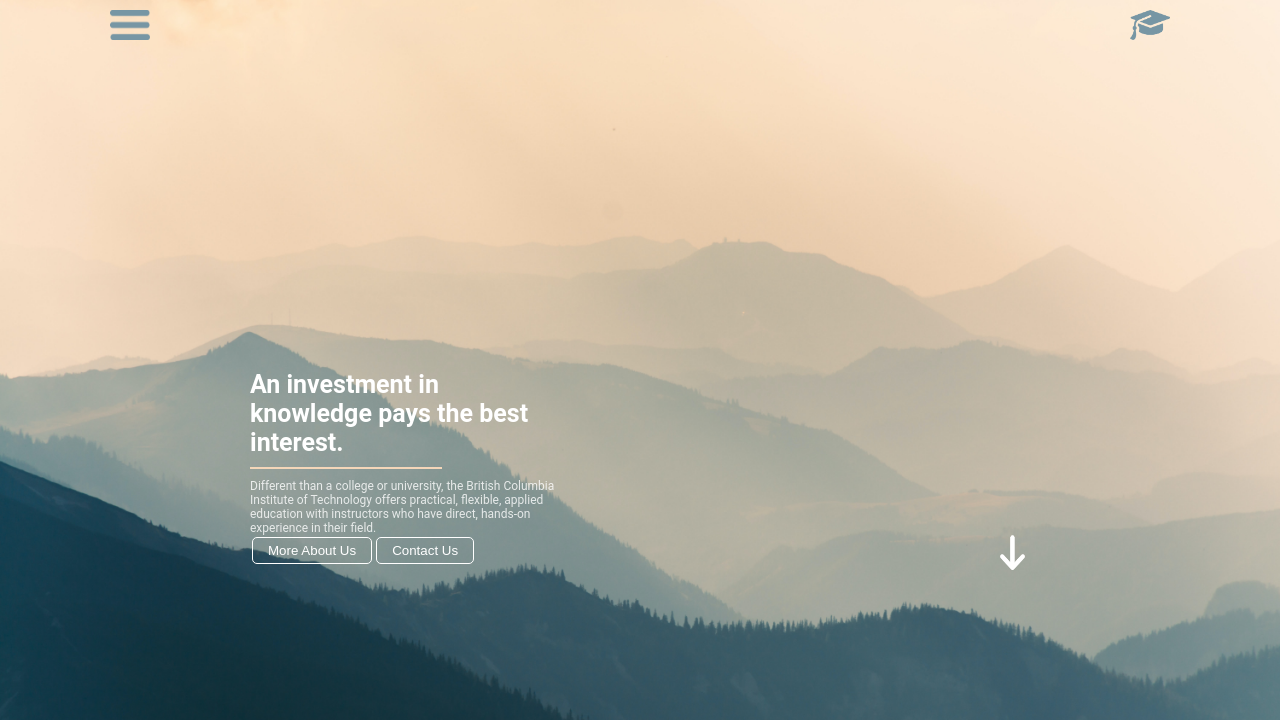
Repository: Sheraliramzan/Aly_A01253508_Assignment1
Page: /
These files come from the project's save history. The page is drawn as it stood at one moment and after the next save; the edit follows.
The browser window is 1280 px wide. The pictures show the whole page.
The project was rebuilt for these pictures with package versions that can differ from the ones it lists, and the page was loaded fresh each time. The framework's server and built-in components were replaced by stand-ins that run in the browser. Also part of the build but not shown: next.config.js.

Above is the page before, as saved 2023-02-05 14:52:16.

### pages/index.js
import Head from 'next/head'
import Image from 'next/image'
import styles from '../styles/Home.module.css'
import { useState } from 'react'
import { useRouter } from 'next/router'
import Link from 'next/link'
import dynamic from "next/dynamic";
import Nav from '../comp/nav/nav';


const Home = () => {

  return (
    <>
      <Head>
        <title>Home</title>
        <meta name="author" content="MDIA 2109" />
        <meta property="og:title" content= "Assignment #1 - Home Page"/>
        <meta property="og:description" content= "BCIT Digital Design and Development Diploma"/>
        <meta name="viewport" content="width=device-width, initial-scale=1" />
        <link rel="icon" href="/favicon.png" />
      </Head>
      <main className={styles.main}>
        <div className='fullcont'>
          <Nav/>
          <div className="headcont">
            <h1 className="headhome">An investment in <br/>knowledge pays the best <br/> interest.</h1>
            <div className="horidiv"></div>
            <p className="para1">Different than a college or university, the British Columbia <br/> Institute of Technology offers practical, flexible, applied education with instructors who have direct, hands-on experience in their field.</p>
          </div>
          <a className='butcont'>
            <Link href="/about"><button  className='but1'>More About Us</button></Link>
            <Link href="/contact"><button className='but1'>Contact Us</button></Link>
          </a>
          <a  href="/about">
            <span>
             <Image alt='down' className='downarrow' src ={"/downwardArrow.png"} width={25} height={35}></Image>
            </span>
          </a>
        </div>
      </main>
    </>
  )
}

export default dynamic (() => Promise.resolve(Home), {ssr: false})

### styles/globals.css


* {
  box-sizing: border-box;
  padding: 0;
  margin: 0;
}

html,
body {
  margin: 0;
  padding: 0;
  font-family: "Roboto", sans-serif;
  scrollbar-width: none;

}
.menuimg{
  margin-left: 100px;
}
.gardimg{
  margin-right: 100px;
}
.navcont {
  display: flex;
  align-items: center;
  justify-content: space-between;
  padding: 10px;
}
.menucont{
  position: absolute;
  top: 0rem;
  left: 4rem;
}
a{
  color: var(--primary-color);
  text-decoration: none;
}

ul {
  display: flex;
  flex-direction: column;
  position: absolute;
  top: 10px;
  left: 50px;
  gap: 2rem;
  text-decoration: none;
}

ul > li {
  list-style-type: none;
  text-decoration: none;
  color: var(--primary-color);
}
.listcont{
  position: absolute;
  display: flex;
  align-items: flex-start;
  left: 3rem;
  top: 3rem;
}

.btncont {
  display: flex;
}

.close {
  background-color: transparent;
  border: none;
  font-size: larger;
  color: var(--primary-color);
}

.fullcont{
  width: 100vw;
  height: 100vh;
  background-image: url("/background-images/backgroundMountain.jpg");
  background-size: cover;
}
.but1{
  margin: 2px;
  padding: 5px 15px;
  background: none;
  border: 1px solid var(--primary-color);
  border-radius: 5px;
  color:var(--primary-color) ;
}
.butcont{
 margin-left: 250px;
}

.but1:hover{
  background-color: var( --primary-color);
  color: var(--quinary-color);
}
.downarrow{
  position: fixed;
  left:1000px;
}
.uparrow{
  position: fixed;

}
.headcont{
  display: flex;
  flex-direction: column;
  width: 25%;
  margin-top: 320px;
  margin-left: 250px;
}
.headhome{
  color: var(--primary-color);
  font-size: 25px;
  margin-bottom: 10px;
}
.horidiv{
  width: 60%;
  border: 1px solid var(--secondary-color);
  margin-bottom: 10px;
}
.para1{
  color: var(--primary-color);
  font-size:12px;
  width: 100%;
  opacity: 0.8;
}
.aboutcont{
  width: 100%;
  background-color: var( --quaternary-color);
  justify-content: center;
  overflow: hidden;
  height: 1410px;
  overflow: hidden;
  scroll-behavior: smooth;
}
.hori{
  border-left: 300px solid var(--secondary-color);
  width: 100px;
  height: 1px;
  margin-right: 100px;
}
.hori1{
  border-left: 300px solid var(--secondary-color);
  width: 100px;
  height: 1px;
  margin-left: 100px;
}
.headcont1{
  text-align: center;
  margin-top: 40px;
  display: flex;
  justify-content: center;
  align-items: center;
}
.header{
  color: var(--primary-color);
}
.paracont{
  display: flex;
  flex-direction: column;
  color: var(--ternary-color);
  justify-content: center;
  align-items: center;
  margin-top: 100px;

}
.para2{
  margin-top: 20px;
  margin-bottom: 20px;
}
.header2{
  display: flex;
  flex-direction: column;
  align-items: center;
  margin-right: 390px;
  margin-top: 20px;
  margin-bottom: 20px;
  color: var(--primary-color);
}
.header3{
  display: flex;
  flex-direction: column;
  align-items: center;
  margin-right: 560px;
  margin-top: 20px;
  margin-bottom: 20px;
  color: var(--primary-color);
}
.header4{
  display: flex;
  flex-direction: column;
  align-items: center;
  margin-right: 480px;
  margin-top: 20px;
  margin-bottom: 20px;
  color: var(--primary-color);
}
.para3{
  color: var(--ternary-color);
  display: flex;
  align-items: center;
  justify-content: center;
  margin-bottom: 20px;
  margin-left: 40px;
}
.para4{
  color: var(--ternary-color);
  display: flex;
  align-items: center;
  justify-content: center;
  margin-bottom: 20px;
  margin-left: 60px;
}
#carouselImage{
  height: 200px;
  background-repeat: no-repeat;
  background-size: cover;
  display: flex;
  justify-content: center;
  align-items: center;
  margin: 40px 0px;
}
#testOnImageHere{
  background-color: rgba(16, 46, 53, 0.5);
  padding: 10px;
  margin: 0px 50px;
}
.full {
  display: flex;
  flex-direction: column;
  justify-content: center;
}
.btncont {
  display: flex;
  align-items: center;
  justify-content: center;
  width: 100%;
  position: absolute;
}
.flexbox {
  display: flex;
}
.imgcontain {
  display: flex;
  color: var(--primary-color);
  background-repeat: no-repeat;
}
.imagecar {
  display: flex;
  align-items: center;
  justify-content: center;
  width: 100%;
}
.imgmain {
  background-size: cover;
  background-repeat: no-repeat;
}
.DepList{
  display: flex;
  flex-direction: column;
  justify-content: center;
  position: relative;
  left: 560px;
  top:50px;
}
@media (max-width:820px){
  .fullcont{
    width: 100%;
    height: 100vh;
    overflow: hidden;
  }
  .headcont{
    width: 80%;
    margin-left: 70px;
    margin-top:400px ;
  }
  .horidiv{
    width: 40%;
  }
  .butcont{
   margin-left: 70px;
  }
  .navcont{
    margin-top: 100px;
  }
  .downarrow{
    position: fixed;
    left:750px;
    top:950px;
  }
  .uparrow{
    position: fixed;
    left:750px;
    top:890px;
  }
  .DepList{
    position: relative;
    left:330px;
  }
  .aboutcont{
    overflow: hidden;
    height: 1570px;
  }
}
@media (max-width:414px){
  .navcont{
    margin-top: 20px;
  }
  .menuimg{
    margin-left: 20px;
  }
  .gardimg{
    margin-right: 20px;
  }
  .headcont{
    margin-top: 230px;
    width: 100%;
    margin-left: 10px;
  }
  .butcont{
    margin-left: 10px;
    margin-top: 100px;
  }
  .downarrow{
    position: fixed;
    left: 350px;
    top:700px;
  }
  .uparrow{
    position: fixed;
    left: 350px;
    top:650px;
  }
}

### styles/variables.css
:root{
    --primary-color:#fff;
    --secondary-color:#f4d6b9;
    --ternary-color: #7796a4;
    --quaternary-color:#14343d;
    --quinary-color:rgba(16,46,53,0.5);
}

### styles/Home.module.css
.main {
  display: flex;
  flex-direction: column;
  justify-content: space-between;
  align-items: center;
}

### comp/nav/nav.js
import Head from 'next/head'
import Image from 'next/image'
import { useState } from 'react'
import { useRouter } from 'next/router'
import Link from 'next/link'

export default function Nav(){
    const [isMenuOpen, setIsMenuOpen] = useState(false);
  const handleClick = () => {
    setIsMenuOpen(!isMenuOpen);
  };
  const router = useRouter();
    return (
    <>
        <div className="navcont">
              <Image alt='menu' className='menuimg'
                src={"/icons/menu-icon.png"}
                width={40}
                height={30}
                onClick={handleClick}
              />
              <Image alt='grad' className='gardimg' src={"/icons/graduation-hat.png"} width={40} height={30} />
          </div>
          {isMenuOpen && (
            <div className="menucont">
              <div className="listcont">
                <div className="btncont">
                  <button className="close" onClick={handleClick}>
                    X
                  </button>
                </div>
                <div>
                  <ul>
                    <li>
                      <a href="/">Home</a>
                    </li>
                    <li>
                      <a href="/about">About</a>
                    </li>
                    <li>
                      <a href="/contact">Contact</a>
                    </li>
                  </ul>
                </div>
              </div>
              <Image alt='bar'
                src={"/background-images/menuBackground.png"}
                width={240}
                height={240}
              />
            </div>
          )}
    </>
    )
}

Loaded but not shown: pages/_app.js (common file); pages/_document.js (common file); pages/api/hello.js (common file)

After the next save:
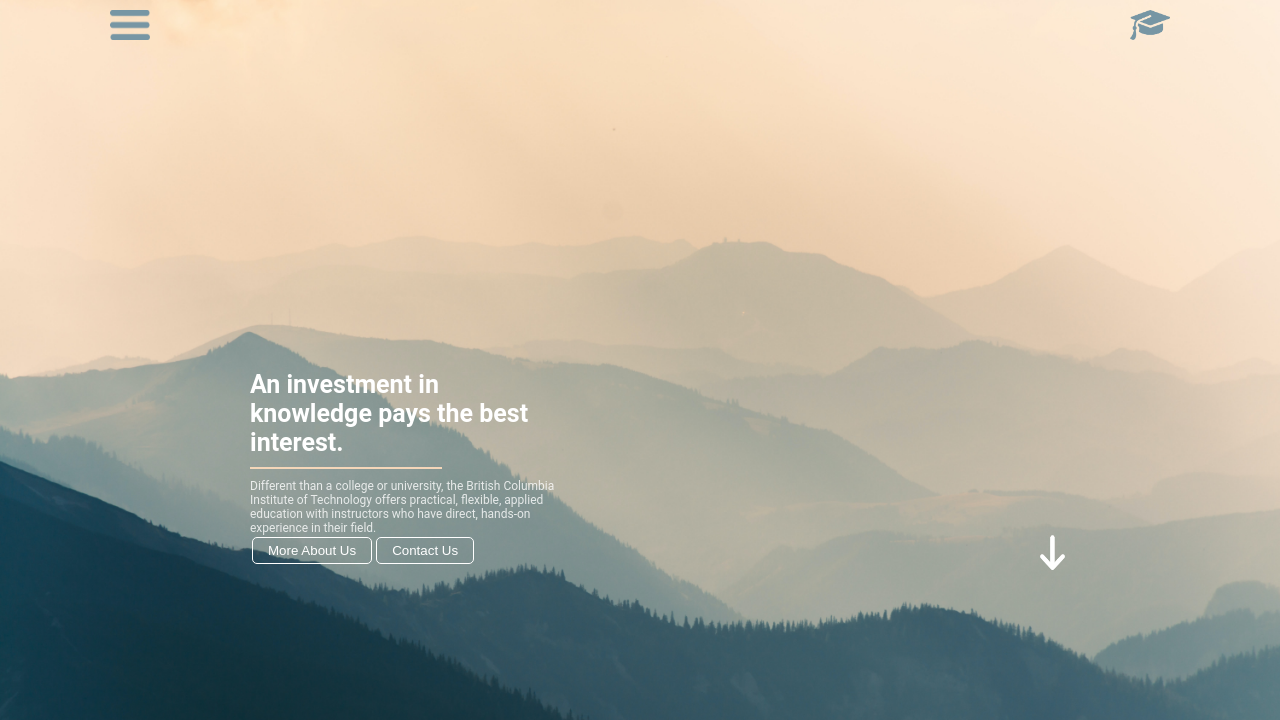
Saved 4 s later.
--- a/styles/globals.css
+++ b/styles/globals.css
@@ -94,7 +94,7 @@ ul > li {
 }
 .downarrow{
   position: fixed;
-  left:1000px;
+  left:1040px;
 }
 .uparrow{
   position: fixed;
